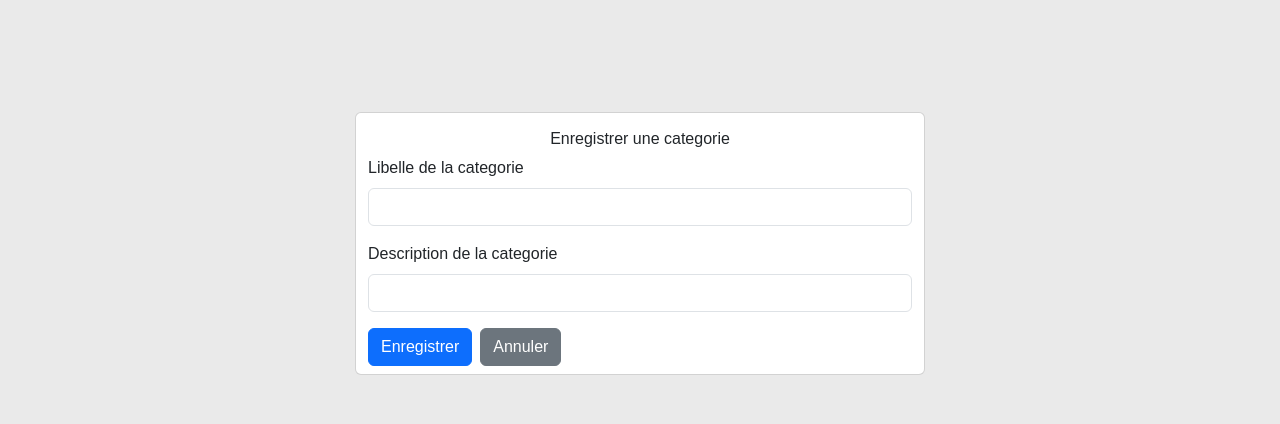
Repository: abdoulkarim20/model-gestion-produit-java-react
Page: /create-categorie
These files come from the project's save history. The page is drawn as it stood at one moment and after a run of saves; the edit follows.
The browser window is 1280 px wide. The pictures show the whole page.
The project was rebuilt for these pictures with package versions that can differ from the ones it lists, and the page was loaded fresh each time. Also part of the build but not shown: vite.config.ts, src/components/categories/CategorieTable.tsx.

Above is the page before, as saved 2024-07-20 03:09:55.

### index.html
<!doctype html>
<html lang="en">

<head>
  <meta charset="UTF-8" />
  <link rel="icon" type="image/svg+xml" href="/vite.svg" />
  <meta name="viewport" content="width=device-width, initial-scale=1.0" />
  <title>Gestion des produits</title>
</head>

<body>
  <div id="root"></div>
  <script type="module" src="/src/main.tsx"></script>
</body>

</html>

### src/main.tsx
import React from 'react'
import ReactDOM from 'react-dom/client'
import './App.css'
import { RouterProvider } from 'react-router-dom'
import { router } from './router/Routes'

ReactDOM.createRoot(document.getElementById('root')!).render(
  <React.StrictMode>
    <RouterProvider router={router} />
  </React.StrictMode>,
)

### src/App.css
* {
    margin: 0;
    padding: 0;
    box-sizing: border-box;
    font-family: 'Nunito Sans', sans-serif;
}

body {
    background-color: #EAEAEA !important;
}

.container-style {
    margin-top: 7em;
}

.button-ajouter-style {
    margin-top: 2rem;
    margin-bottom: 1rem;
    display: flex;
    justify-content: center;
    align-items: center;
    height: 40px;
    width: auto;
    padding: 1rem;
    border-radius: 8px;
    border: none;
    background: #0B5ED7;
    color: white;
}

.form-class-div {
    width: 80%;
}

### src/router/Routes.tsx
import { createBrowserRouter, RouteObject } from "react-router-dom";
import App from "../App";
import CategorieForm from "../components/categories/CategorieForm";
import CategorieTable from "../components/categories/CategorieTable";

export const routes: RouteObject[] = [
    {
        path: '/',
        element: <App />,
        children: [
            {
                path: 'create-categorie', element: <CategorieForm key='create' />
            },
            {
                path: 'update-categorie/:id', element: <CategorieForm key='update' />
            },
            {
                path: '*', element: <CategorieTable />
            }
        ]
    }
]
export const router = createBrowserRouter(routes)

### src/App.tsx
import './App.css'
import './../node_modules/bootstrap/dist/css/bootstrap.min.css'
import { Outlet, useLocation } from 'react-router-dom'
import CategorieTable from './components/categories/CategorieTable';

function App() {
  const location = useLocation();
  return (
    <>
      {
        location.pathname === '/' ? <CategorieTable /> : (
          <div className='container-style'>
            <Outlet />
          </div>
        )
      }
    </>
  )
}

export default App

### src/components/categories/CategorieForm.tsx
import { useEffect, useState } from "react";
import { useNavigate, useParams } from "react-router-dom"
import { CategorieDTO } from "../../models/categorie/categorieDTO";
import apiConnexion from "../../api/apiConnexion";

export default function CategorieForm() {
    const { id } = useParams();
    const navigate = useNavigate();

    const [categorie, setCategorie] = useState<CategorieDTO>({
        id: undefined,
        libelle: '',
        descrition: ''
    })

    useEffect(() => {
        if (id) {
            apiConnexion.getCategorieDetail(id).then(categorie => setCategorie(categorie!));
        }
    }, [id]);

    function handleSubmit() {
        if (!categorie.id) {
            apiConnexion.createCategorie(categorie).then(() => navigate('/'));
        } else {
            apiConnexion.updateCategorie(categorie).then(() => navigate('/'));
        }
    }

    return (
        <>
            <div className="container">
                <div className="row">
                    <div className="col-md-6 offset-md-3 card py-2">
                        <h6 className="text-center my-2">Enregistrer une categorie</h6>
                        <form className="form-style">
                            <div className="mb-3">
                                <label htmlFor="exampleInputEmail1" className="form-label">Libelle de la categorie</label>
                                <input type="email" className="form-control" id="exampleInputEmail1" aria-describedby="emailHelp" />
                            </div>
                            <div className="mb-3">
                                <label htmlFor="exampleInputPassword1" className="form-label">Description de la categorie</label>
                                <input type="password" className="form-control" id="exampleInputPassword1" />
                            </div>
                            <button type="submit" className="btn btn-primary">Enregistrer</button>
                            <button type="reset" className="btn btn-secondary mx-2">Annuler</button>
                        </form>
                    </div>
                </div>
            </div>
        </>
    )
}

### src/api/apiConnexion.ts
import axios, { AxiosResponse } from "axios";
import { CategorieDTO } from "../models/categorie/categorieDTO";
import { API_BASE_URL } from "../../config.ts";

const apiConnexion = {

    getAllCategories: async (): Promise<CategorieDTO[]> => {
        try {
            const response: AxiosResponse<CategorieDTO[]> = await axios.get(`${API_BASE_URL}/categories/liste`);
            const categories = response.data.map((categorie: CategorieDTO) => ({
                ...categorie
            }));
            return categories;

        } catch (error) {
            console.log("Error lors de la recuperation de la liste des categories d'un produit", error);
            throw error;
        }
    },
    createCategorie: async (categorie: CategorieDTO): Promise<CategorieDTO> => {
        try {
            const response = await axios.post<CategorieDTO>(`${API_BASE_URL}/save-categorie`, categorie);
            return response.data;
        } catch (error) {
            console.log("Erreur lors de la creation d'une categorie", error);
            throw error;
        }
    },
    updateCategorie: async (categorie: CategorieDTO): Promise<CategorieDTO> => {
        try {
            const response = await axios.put<CategorieDTO>(`${API_BASE_URL}/update-categorie/${categorie.id}`, categorie);
            return response.data;
        } catch (error) {
            console.log("Erreur lors de la mise a jour d'une categorie", error);
            throw error;
        }
    },
    deleteCategorie: async (id: number): Promise<void> => {
        try {
            await axios.delete<number>(`${API_BASE_URL}/categories/delete-categorie/${id}`)
        } catch (error) {
            console.log("Erreur lors de la suppression d'une categorie", error);
            throw error;
        }
    },
    getCategorieDetail: async (id: string): Promise<CategorieDTO | undefined> => {
        try {
            const response = await axios.get<CategorieDTO>(`${API_BASE_URL}/detail-categorie/${id}`)
            return response.data;
        } catch (error) {
            console.log("Erreur lors de la recuperation du detail d'une categorie", error);
            throw error;
        }
    }
}

export default apiConnexion;

### config.ts
export const API_BASE_URL = 'http://localhost:8086';

After the next 2 saves:
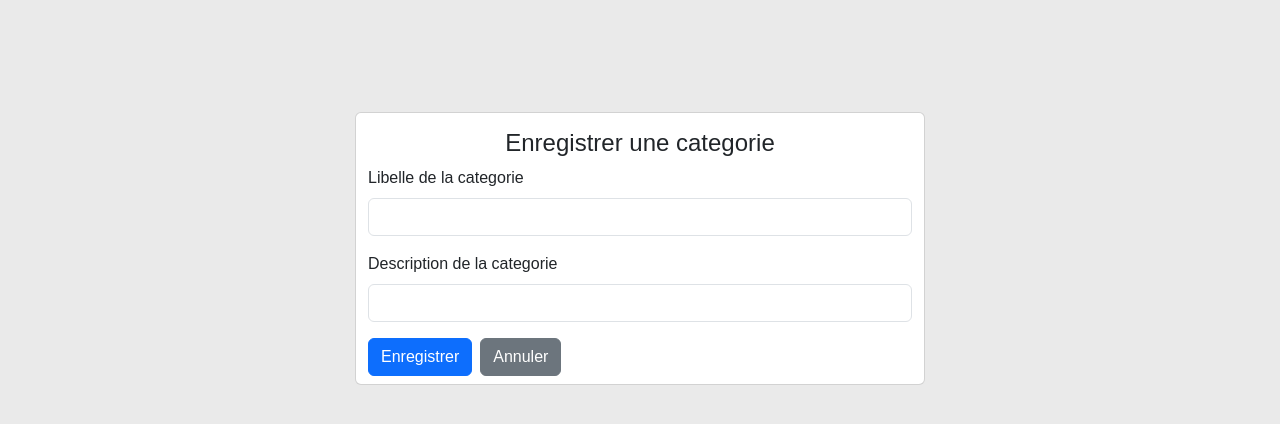
The 2 saves are shown as one change because 1 did not build or start.
The last was saved 12 s later.
--- a/src/components/categories/CategorieForm.tsx
+++ b/src/components/categories/CategorieForm.tsx
@@ -32,7 +32,7 @@ export default function CategorieForm() {
             <div className="container">
                 <div className="row">
                     <div className="col-md-6 offset-md-3 card py-2">
-                        <h6 className="text-center my-2">Enregistrer une categorie</h6>
+                        <h4 className="text-center my-2">Enregistrer une categorie</h4>
                         <form className="form-style">
                             <div className="mb-3">
                                 <label htmlFor="exampleInputEmail1" className="form-label">Libelle de la categorie</label>
